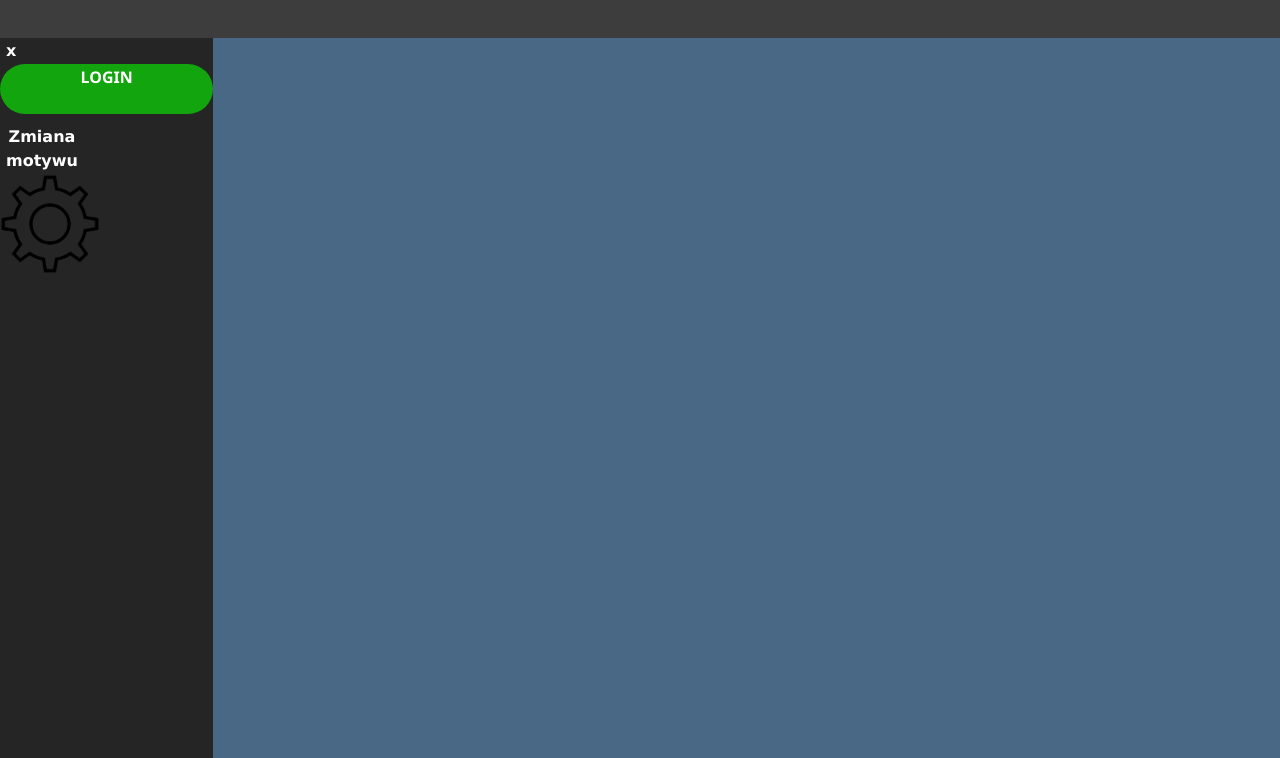
Repository: K4ziWolf/kazi
Page: /, after clicking the first element matching `button.btn`
An editor plug-in stored every save of this project. The page is shown before and after the next save, followed by the edit.
The browser window is 1280 px wide. The pictures show the whole page.
The project was rebuilt for these pictures with package versions that can differ from the ones it lists, and the page was loaded fresh each time. Also part of the build but not shown: vue.config.js, src/components/login_screen.vue, src/components/option_screen.vue.

Above is the page before, as saved 2023-10-20 22:38:07.

### src/App.vue
<template>
<body>
  <section>
  <div id="container" class="col-md-12">
    <div class="d-flex flex-column text-white" style="background-color: rgb(61, 61, 61) ">
    <div class="x-btn">
      <button class="btn btn-outline-secondary" v-bind:class="open_menu_button " @click="showMenuScreen" >
        Pokaż menu
      </button>
      <menu_screen v-if="isMenuScreenVisible" @hide-menu-screen="hideMenuScreen" @show-login-screen="showLoginScreen" @change-theme="changeTheme" @option-open="optionOpener">
      </menu_screen>

    <div> <!--menu_scree i login_screen odpowiedzialne są za pokazywanie się tych komponentów-->
      <login_screen v-if="isLoginScreenVisible" @hide-login-screen="hideLoginScreen">
      </login_screen>
    </div>
    <option_screen v-if="isOptionScreenVisible" @hide-option-screen="HideOptionScreen">
      </option_screen>
  </div>
  </div>
  </div>
  </section>
</body>
</template>

<script>
import menu_screen from './components/menu_screen.vue';
import login_screen from './components/login_screen.vue';
import option_screen from './components/option_screen.vue';
export default {
  components: {
    menu_screen,
    login_screen,
    option_screen,
  },
  data() {
    return {
      open_menu_button: "show",
      open_login_button: "show",
      isLoginScreenVisible: false,
      isMenuScreenVisible: false,
      changecolor:0,
      isOptionScreenVisible: false,
    };
  },
  methods: {
    optionOpener(){
      this.isOptionScreenVisible = true;
    },
    HideOptionScreen(){
      setTimeout(() => {
      this.isOptionScreenVisible = false;
      }, 1000);
    },
    changeTheme() {
        this.changecolor += 1;
      if (this.changecolor % 2 === 0) {
        document.body.style.backgroundColor = 'blue';
      } else {
        document.body.style.backgroundColor = 'red';
      }
    },
    showMenuScreen() { //funkcja pokazująca menu
      this.isMenuScreenVisible = true;
      this.open_menu_button = "hidden";
      this.open_login_button = "show";
    },
    hideMenuScreen() {
      setTimeout(() => { //timeout aby animacja była płynna
        this.open_menu_button = "show";
        this.isMenuScreenVisible = false;
      }, 1200);
    },
    showLoginScreen() {
      this.isLoginScreenVisible = true;
      setTimeout(() => {
      this.isMenuScreenVisible = false;
      }, 1000);
    },
    hideLoginScreen() {
      setTimeout(() => {
        this.open_login_button = "show";
        this.open_menu_button ='show'
        this.isLoginScreenVisible = false;
      }, 1500);
    },
  },
};
</script>

<style>
@import '/src/style.css';

#app {
  font-family: Avenir, Helvetica, Arial, sans-serif;
  -webkit-font-smoothing: antialiased;
  -moz-osx-font-smoothing: grayscale;
  text-align: center;
  color: #2c3e50;
}
.show {
  opacity: 1;
  animation: show_button 0.4s;
}
@keyframes show_button {
  from {
    opacity: 0;
  }
  to {
    opacity: 1;
  }
}
.hidden {
  animation: hide_button 0.4s;
  opacity: 0;
}
@keyframes hide_button {
  from {
    opacity: 1;
  }
  to {
    opacity: 0;
  }
}
body { /*testy moje do zmiany */
  height: 100%;
  width: 100%;
  background-color: rgb(127, 247, 207);
}
.x-btn {
  background-color: rgb(61, 61, 61);

}
.xd-btn {
  text-decoration: none;
  border: none;
  font-family: Verdana, Geneva, Tahoma, sans-serif;
  background-color: #2c3e50;
  border-bottom-left-radius: 25px;
  border-bottom-right-radius: 25px;
  color: white;
  font-weight: bolder;

}
html {
  background-color: #496886;
}
</style>

### src/style.css
template {
    background-color: aqua;
}

### src/components/menu_screen.vue
<template>
     <div class="holder-ten1 col-sm-2" id="menu_holder" :class="menu_box_show">
    <div class="pole-exit-btn" id="Exit_menu_button">
      <button class="exit-baton" id="menu_exit_button" @click="hideMenuScreen">
        x
      </button>
      <button class="baton" id="poka-login" v-bind:class="open_login_button" @click="showLoginScreen">
        LOGIN
      </button>
      <button id="change_theme_btn" v-bind:class="change_theme_btn" @click="changeTheme">
        Zmiana motywu
      </button>
      <div id="gear_icon_box">
        <img
          v-bind:class="open_option_button"
          src="../assets/gear_icon.png"
          alt="Gear Icon"
          @mouseenter="openOptionButtonEnter"
          @mouseleave="openOptionButtonLeave"
          @click="open_options"
        />
      </div>
    </div>
  </div>
  </template>

  <script>
  export default {
    data() {
      return {
        menu_box_show: "show",
        open_option_button: "unanimated",
        change_theme_btn:"bright",
      };
    },
    methods: {
      open_options(){
        this.$emit('option-open');

      },
      changeTheme() {
        if (this.change_theme_btn === 'dark') {
          this.change_theme_btn = 'bright';
        } else {
          this.change_theme_btn = 'dark';
        }
          this.$emit('change-theme');
      },
      hideMenuScreen() {
        this.$emit('hide-menu-screen');
        this.menu_box_show = "hide";
      }, //emit to event, czyli wysłanie do komponenta rodzica komendy wywołania funckji w tym przypadku hideMenuScreen
      showLoginScreen() {
        this.menu_box_show = "hide";
        setTimeout(() => {
          this.$emit('show-Login-Screen');
        }, 200); //opóźnienie dla dobra animacji chyba tak mi się wydaje dawno temu to pisałem
      },
      openOptionButtonEnter() {
        this.open_option_button = "animated";
      },
      openOptionButtonLeave(){
        this.open_option_button = "unanimated";
      },
    },
  };
  </script>
  <style scoped>  /* scoped dotyczy tylko tego dokumentu */
.show {
  animation: show_animation 1s ease-in-out;
}
button{
  width: 10px;
}
@keyframes show_animation {
  from {
    opacity: 0;
    transform: translate3d(-40%, 0, 0);
  }
  to {
    opacity: 1;
    transform: translate3d(0, 0, 0);
  }
}

.hide {
  opacity: 0;
  animation: hide_animation 1s ease-in-out;
}

@keyframes hide_animation {
  from {
    opacity: 1;
    transform: translate3d(0, 0, 0);
  }
  to {
    opacity: 0;
    transform: translate3d(-40%, 0, 0);
  }
}

#menu_holder {
  background-color: rgb(37, 37, 37) !important;
  position: absolute;
  height: 100vh; /* Ustawienie na 100% wysokości strony */
  display: grid;
  grid-template-columns: 1fr; /* Pasek będzie miał tylko jedną kolumnę */
  gap: 0px;
  grid-template-areas: "Exit_menu_button" "poka-login" "change_theme_btn" "gear_icon_box";
}

.baton {
  background-color: rgb(18, 165, 13);
  display: inline-grid;
  text-decoration: none;
  width: 100%; /* Rozciągnij przycisk na 100% szerokości kontenera */
  height: 50px;
  border-radius: 25px;
  text-align: center;
  font-family: 'Segoe UI', Tahoma, Geneva, Verdana, sans-serif;
  border: none;
  color: white;
  font-weight: bold;
  margin-bottom: 10px; /* Dodaj odstęp między przyciskami */
}

.exit-baton {
  border: none;
  background-color: transparent;
  display: grid;
  font-family: Verdana, Geneva, Tahoma, sans-serif;
  font-weight: bold;
  color: white;
}

  holder-ten1 {
    background-color: rgb(37, 37, 37);
  }
  pole-exit-btn {
    background-color: rgb(37, 37, 37);
  }
  .dark{
    color: rgb(37, 37, 37) !important;
  }
  .bright{

    color: white;
  }
  #gear_icon_box img {
    max-width: 100px;
    cursor: pointer;
  }
  .unanimated{
  animation: back_spin 0.5s;
}
  .animated{
    animation: spin 5s linear infinite;
  }
  @keyframes spin {
  from {
    transform: rotate(0deg);
  }
  to {
    transform: rotate(360deg);
  }
}
@keyframes back_spin {
  from {
    transform: rotate(360deg);
  }
  to {
    transform: rotate(0deg);
  }
 }
 #gear_icon_box {
    height: 30px;
    width: 30px;
    border: none;
    background-color: transparent;
    display: grid;
    font-family: Verdana, Geneva, Tahoma, sans-serif;
    font-weight: bold;
    grid-area: gear_icon_box;
}
  #change_theme_btn{
    border: none;
    background-color: transparent;
    display: grid;

    font-family:Verdana, Geneva, Tahoma, sans-serif;
    font-weight: bold;
    grid-area: change_theme_btn;
   }
  </style>

Loaded but not shown: public/index.html (common file); src/main.js (common file)

After the next save:
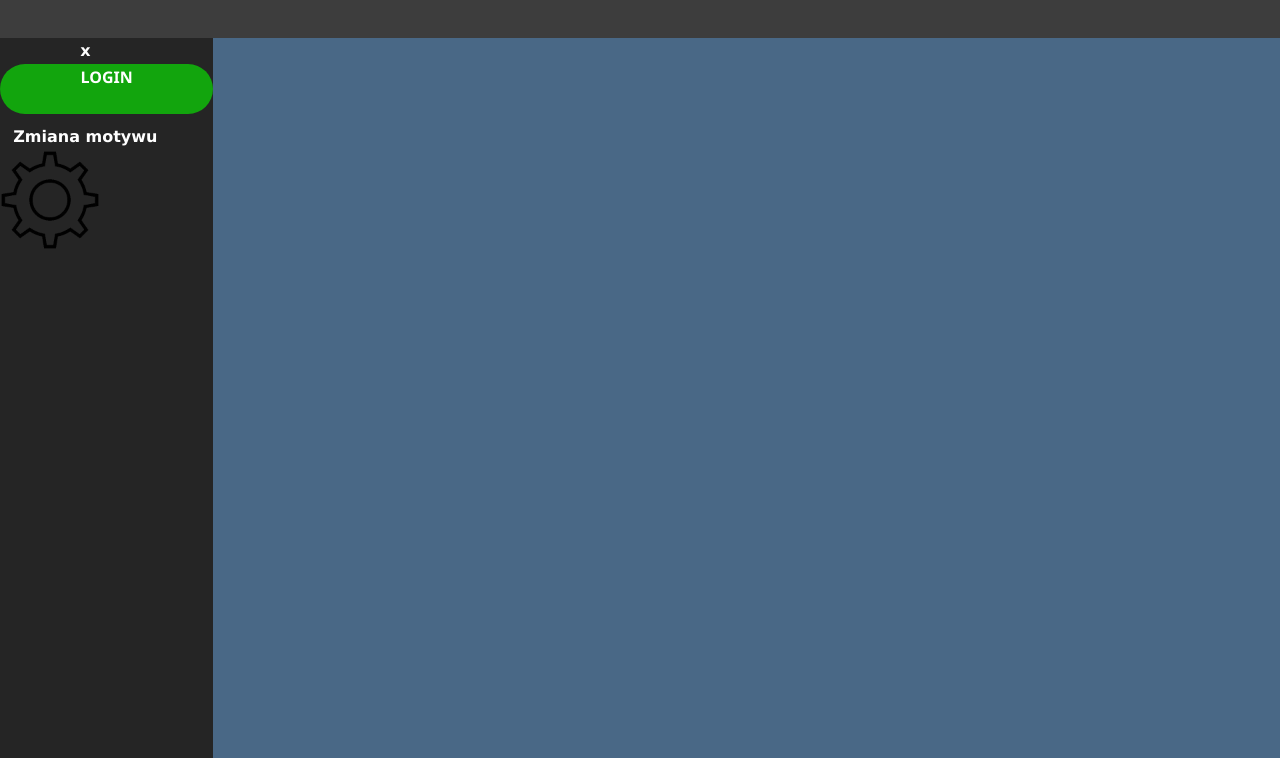
Saved 7 s later.
--- a/src/components/menu_screen.vue
+++ b/src/components/menu_screen.vue
@@ -70,7 +70,7 @@
   animation: show_animation 1s ease-in-out;
 }
 button{
-  width: 10px;
+  width: 80%;
 }
 @keyframes show_animation {
   from {
